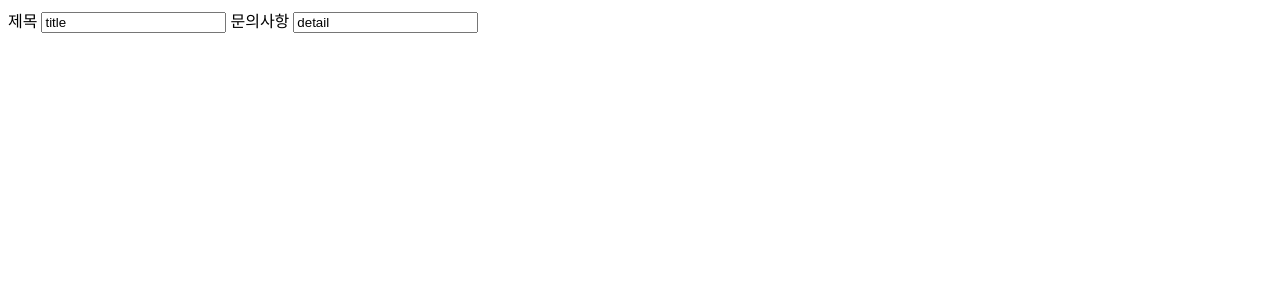
Repository: leeboseok/proposal-board
Page: http://localhost/ProposalSys/admincontact.jsp
An editor plug-in stored every save of this project. The page is shown before and after the next save, followed by the edit.
The browser window is 1280 px wide. The pictures show the whole page.
The page is served by Tomcat 9. Other server files are loaded and not shown.

Above is the page before, as saved 2024-07-27 05:30:15.

### ProposalSys/src/main/webapp/admincontact.jsp
<%@ page language="java" contentType="text/html; charset=UTF-8"
    pageEncoding="UTF-8"%>
<!DOCTYPE html>
<html>
	<head>
		<meta charset="UTF-8">
		<title>관리자 컨택</title>
	</head>
	<body>
		<form method="get" action="admincontactprogress">
			제목
			<input type=text value="title" placeholder="제목">
			문의사항
			<input type=textarea value="detail" placeholder="문의사항을 입력하세요!">
		</form>
	</body>
</html>

After the next save:
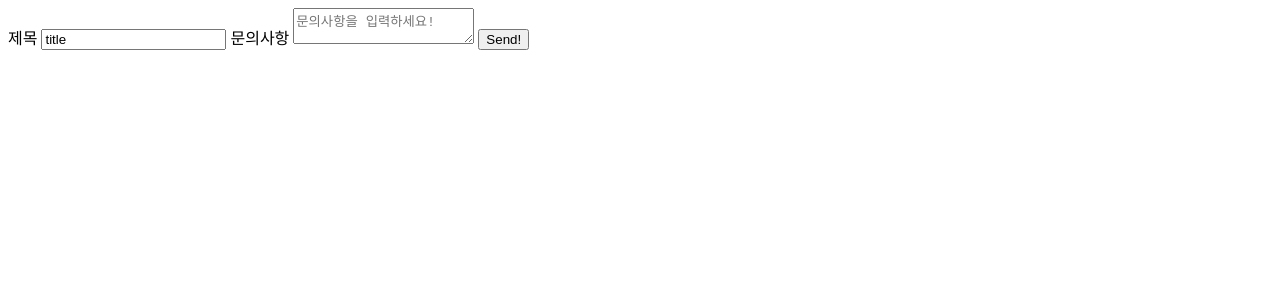
Saved 3 min 17 s later.
--- a/ProposalSys/src/main/webapp/admincontact.jsp
+++ b/ProposalSys/src/main/webapp/admincontact.jsp
@@ -9,9 +9,10 @@
 	<body>
 		<form method="get" action="admincontactprogress">
 			제목
-			<input type=text value="title" placeholder="제목">
+			<input type="text" value="title" placeholder="제목">
 			문의사항
-			<input type=textarea value="detail" placeholder="문의사항을 입력하세요!">
+			<textarea name="refer" placeholder="문의사항을 입력하세요!" ></textarea>
+			<input type="submit" value="Send!">
 		</form>
 	</body>
 </html>
